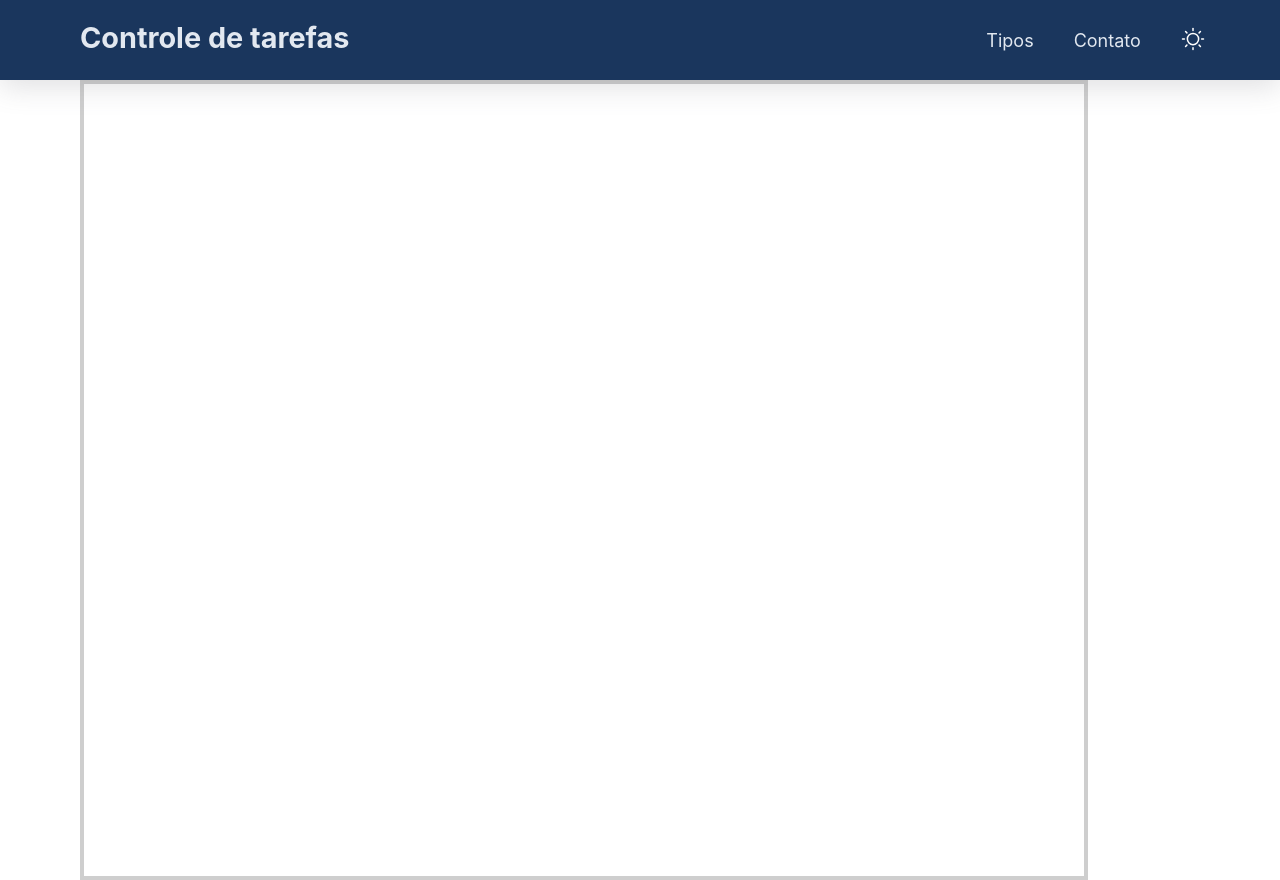
Repository: leosulzbach/Hackaton-Relampago
Page: /tipos (app in Front/)
An editor plug-in stored every save of this project. The page is shown before and after the next save, followed by the edit.
The browser window is 1280 px wide. The pictures show the whole page.
The page's requests for data from a server got no answer. The project was rebuilt for these pictures with package versions that can differ from the ones it lists, and the page was loaded fresh each time. No one was signed in, and anything a server would have sent is missing. Also part of the build but not shown: Front/vite.config.ts, Front/src/Components/Cards/CadInfo.styles.ts, Front/src/Components/Cards/CardInfo.tsx, Front/src/Components/Cards/Cards.styles.ts, Front/src/Components/Cards/Card.tsx, Front/src/Pages/home.tsx.

Above is the page before, as saved 2022-11-07 16:50:28.

### Front/src/App.tsx
import { ChakraProvider, theme } from "@chakra-ui/react"
import { BrowserRouter } from "react-router-dom"
import { Router } from "./Routes/Router"



function App() {
  return(
    <ChakraProvider theme={theme}>
    <BrowserRouter>
      <Router />
    </BrowserRouter>
  </ChakraProvider>
  )
}

export default App

### Front/src/Routes/Router.tsx
import { Routes, Route } from "react-router-dom";
import { Home } from "../Pages/home";
import { Tipos } from "../Pages/tipos";


export function Router() {
  return (
    <Routes>
      <Route path="/home" element={<Home />} />
      <Route path="/tipos" element={<Tipos />} />
     </Routes>
  );
}

### Front/src/Pages/tipos.tsx
import { Box, Button, Flex, Grid, Text } from '@chakra-ui/react'
import axios from 'axios';
import { CalendarPlus } from 'phosphor-react';
import { useEffect, useState } from 'react';
import { Card } from '../Components/Cards/Card';
import { Header } from '../Components/Header'


export interface Cadastro {
    id: number;
    descricao: string;
    situacao: string;
    data_vencimento: string;
    prioridade: string;
    email?: string

}

export const Tipos = () => {

    const [CadastroList, setCadastroList] = useState<Cadastro[]>([]);



    useEffect(() => {
        axios.get<Cadastro[]>("http://localhost:3000/tipos").then((response) => {
            setCadastroList(response.data);
        });
    }, []);

        console.log(CadastroList)



    return (
        <Flex>
            <Header />
            <Flex
            w={'100%'}
            align={"center"}
            mt={"5rem"}
            ml={"5rem"}
            mr={"5rem"}
            >
                <Box

            border={"4px solid #cecece"}
            w={'90%'}
            h={'800px'}>
            </Box>
            </Flex>


           </Flex>

    )

}

### Front/src/Components/Header.tsx
import { Box, Flex, Input, Link, Text } from "@chakra-ui/react";
import { Sun } from "phosphor-react";



export const Header = () => {
    return (
        <Flex

            as="header"
            w="100%"
            h="20"
            justify="space-between"

            borderBottomWidth={1}
            borderColor="blue.900"
            bg="blue.900"
            position={"fixed"}
            boxShadow="rgba(100, 100, 111, 0.2) 0px 7px 29px 0px"
        >
            <Flex
                p="1rem"
                justify="flex-start"
                ml="4rem"
            >
                <Text
                    fontSize="1.8rem"
                    fontWeight="bold"
                    color="gray.200"
                >
                    Controle de tarefas
                </Text>
            </Flex>
            <Flex
                p="1.7rem"
                mr="3rem"
                justify="flex-end"
                gap={10}
            >

                <Link

                    href="/tipos"
                    color="gray.200"
                    fontSize={18}
                    _hover={{
                        borderBottom: '4px solid  blue', transition: 'all 0.3s ease-out', transform: 'translate(-11px, 0px)'
                    }}
                >
                    Tipos
                </Link>
                <Link
                    href="/contato"
                    color="gray.200"
                    fontSize={18}
                    _hover={{
                        borderBottom: '4px solid  blue', transition: 'all 0.3s ease-out', transform: 'translate(-11px, 0px)'
                    }}

                >
                    Contato
                </Link>
                <Sun size={24} color={"white"} />
            </Flex>



        </Flex>
    );
}

Loaded but not shown: Front/index.html (common file); Front/src/main.tsx (common file)

After the next save:
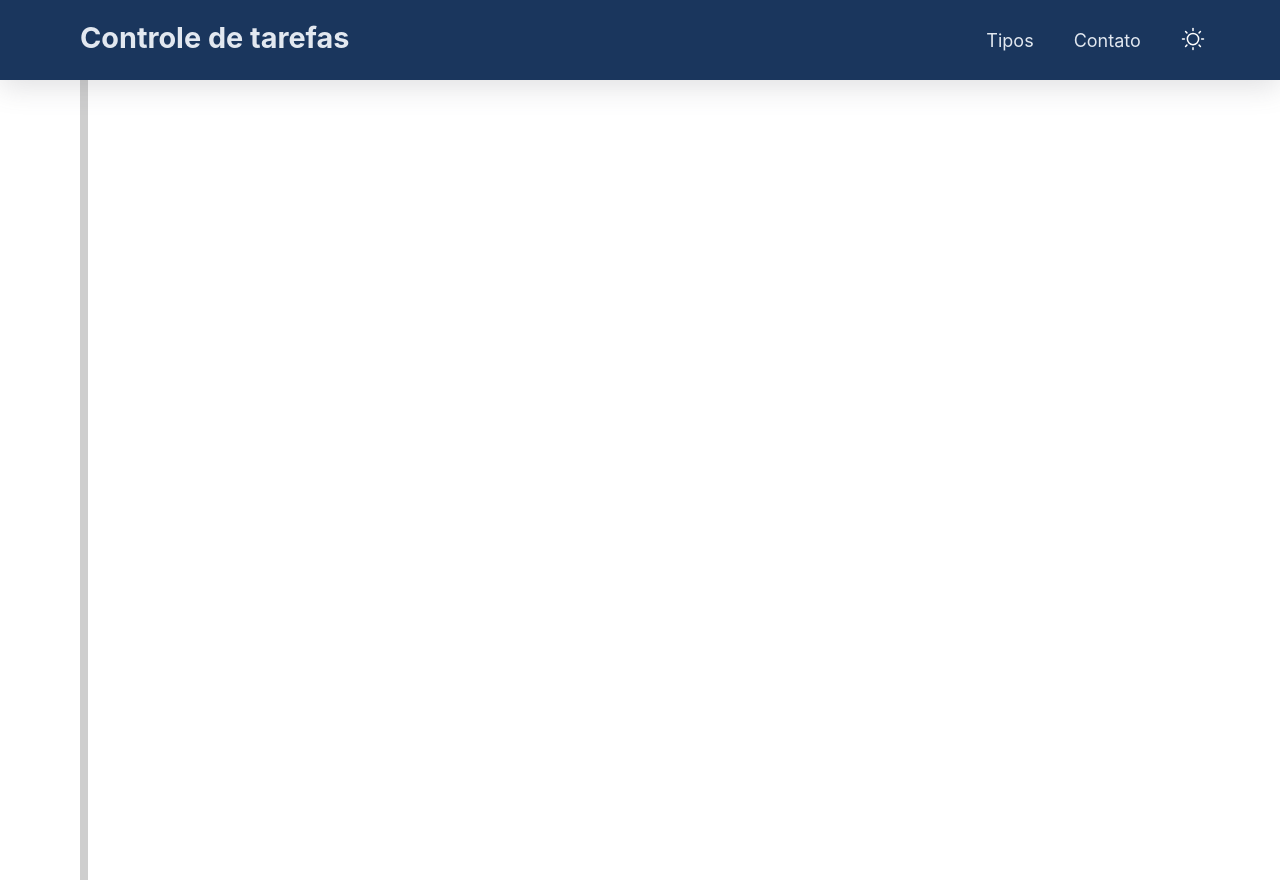
Saved 18 s later.
--- a/Front/src/Pages/tipos.tsx
+++ b/Front/src/Pages/tipos.tsx
@@ -28,7 +28,7 @@ export const Tipos = () => {
         });
     }, []);
 
-        console.log(CadastroList)
+    console.log(CadastroList)
 
 
 
@@ -36,22 +36,23 @@ export const Tipos = () => {
         <Flex>
             <Header />
             <Flex
-            w={'100%'}
-            align={"center"}
-            mt={"5rem"}
-            ml={"5rem"}
-            mr={"5rem"}
+
+                align={"center"}
+
+
             >
                 <Box
-
-            border={"4px solid #cecece"}
-            w={'90%'}
-            h={'800px'}>
-            </Box>
+                    mt={"5rem"}
+                    ml={"5rem"}
+                    mr={"5rem"}
+                    border={"4px solid #cecece"}
+                    w={'90%'}
+                    h={'800px'}>
+                </Box>
             </Flex>
 
 
-           </Flex>
+        </Flex>
 
     )
 
